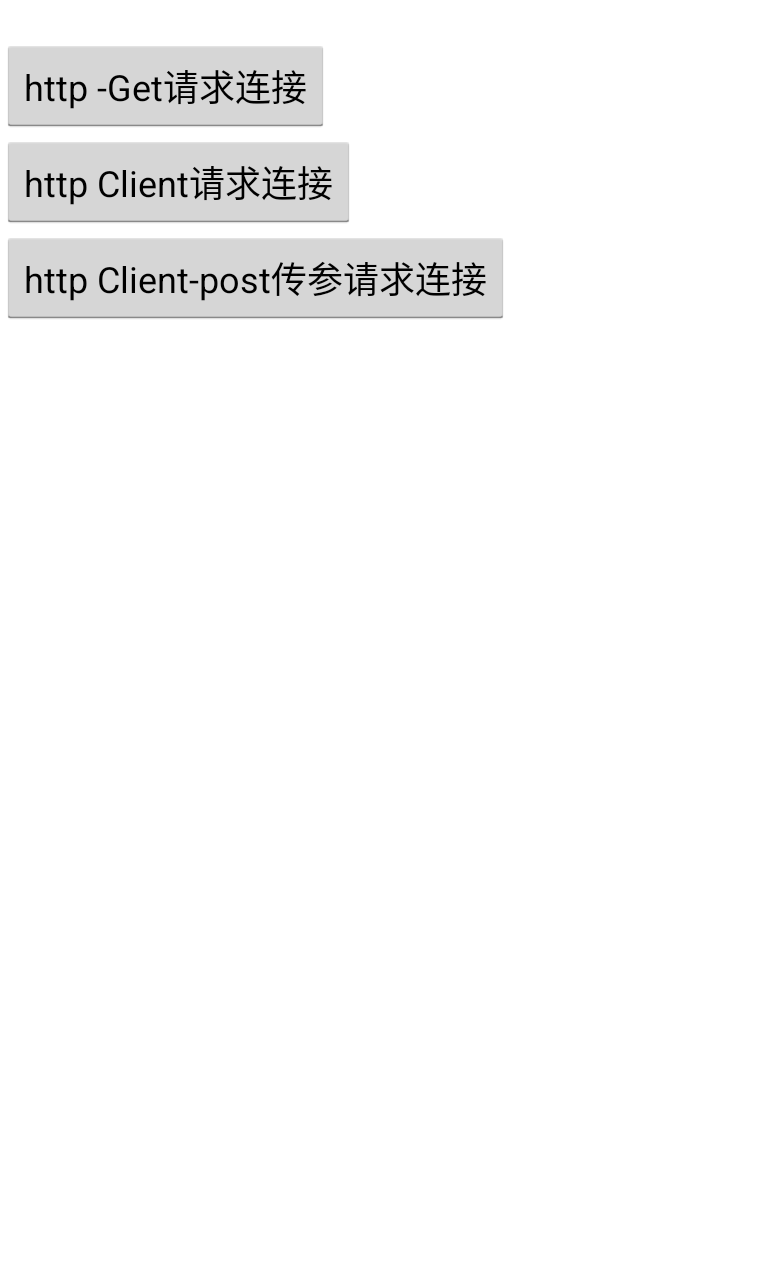
Repository: Lei13/Android
Layout: androidframe/res/layout/http_connect_activity_layout.xml
These files come from the project's save history. The layout is drawn as it stood at one moment and after the next save; the edit follows.
It is drawn on a 768 x 1280 px phone screen (xhdpi) without system bars, with theme AppTheme; the app's code is not run.

Above is the layout before, as saved 2015-11-19 03:32:27.

After the next save:
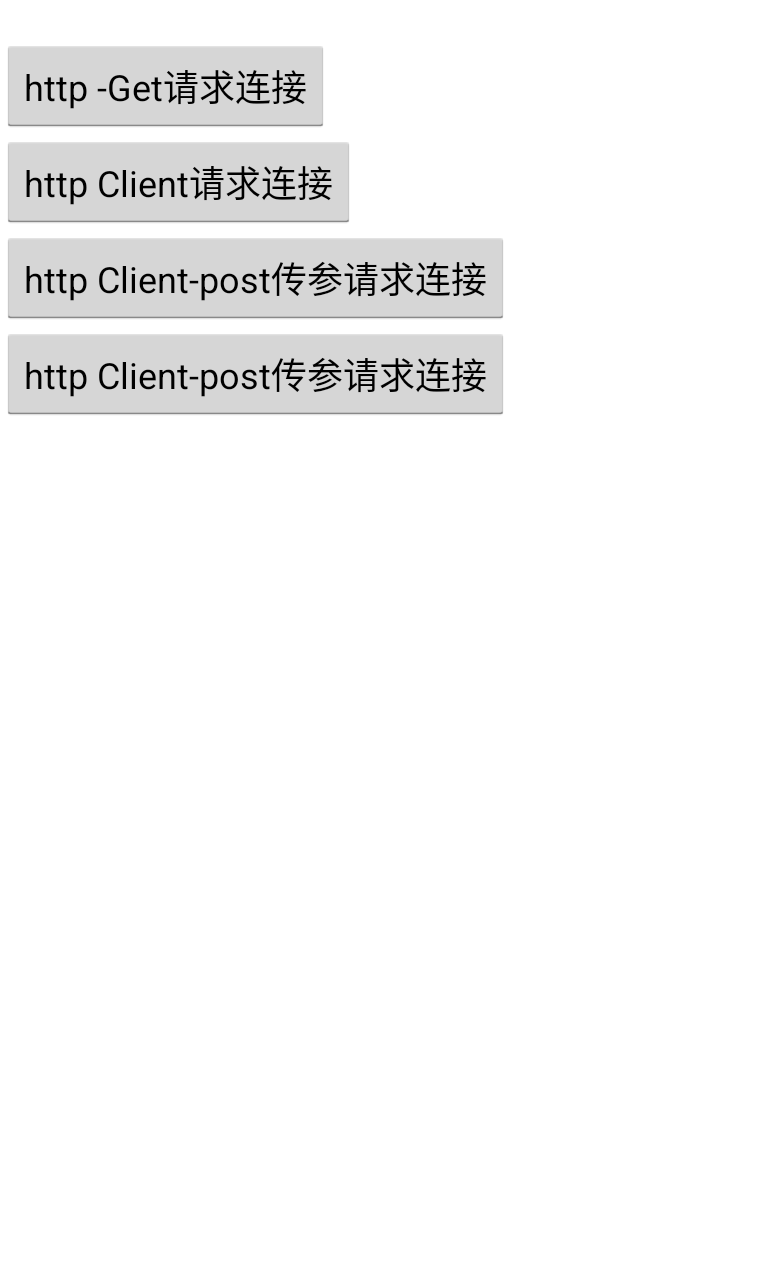
Saved 2 h 33 min later.
--- a/androidframe/res/layout/http_connect_activity_layout.xml
+++ b/androidframe/res/layout/http_connect_activity_layout.xml
@@ -23,6 +23,11 @@
         android:layout_width="wrap_content"
         android:layout_height="wrap_content"
         android:text="http Client-post传参请求连接"/>
+    <Button
+        android:id="@+id/http_util_post_btn"
+        android:layout_width="wrap_content"
+        android:layout_height="wrap_content"
+        android:text="http Client-post传参请求连接"/>
 
 
 </LinearLayout>
